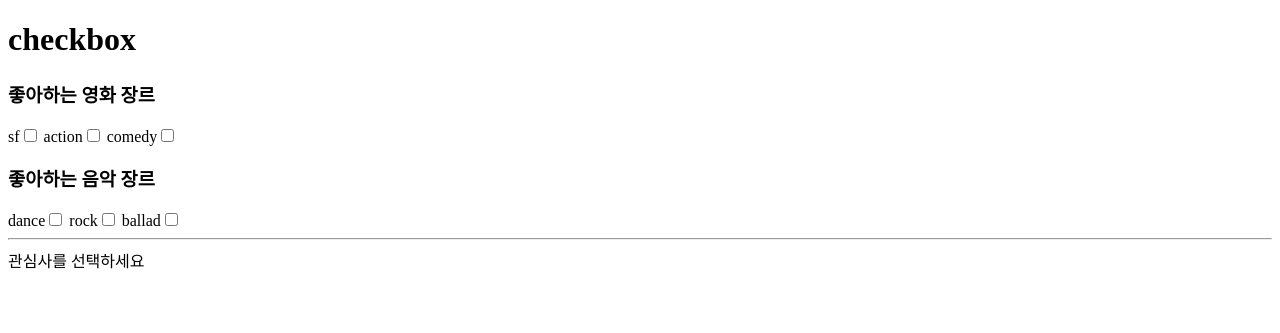
Repository: JJinBBangg/JSP
Page: http://localhost/jsp/ch03/lecture/06form/08checkbox.jsp
The author's editor kept a copy of each file at every save. The page is drawn from the files as they stood at one save, then again after the next save.
The browser window is 1280 px wide. The pictures show the whole page.
The page is served by Tomcat 9. Other server files are loaded and not shown.

Above is the page before, as saved 2023-03-28 06:46:13.

### jsp/src/main/webapp/ch03/lecture/06form/08checkbox.jsp
<%@page import="java.util.Arrays"%>
<%@ page language="java" contentType="text/html; charset=UTF-8"
    pageEncoding="UTF-8"%>
<!DOCTYPE html>
<html>
<head>
<meta charset="UTF-8">
<title>Insert title here</title>
</head>
<body>
	<h1>checkbox</h1>
	<form action="">
	<h3>좋아하는 영화 장르</h3>
	sf<input type="checkbox" name="movie" value="sf"/>
	action<input type="checkbox" name="movie" value="action"/>
	comedy<input type="checkbox" name="movie" value="comedy"/>
	<h3>좋아하는 음악 장르</h3>
	dance<input type="checkbox" name="song" value="dance"/>
	rock<input type="checkbox" name="song" value="rock"/>
	ballad<input type="checkbox" name="song" value="ballad"/>
	</form>
	<hr>
	<%
	String[] movieArr = request.getParameterValues("movie");
	String[] songArr = request.getParameterValues("song");
	if(movieArr == null && songArr == null ){
		out.print("관심사를 선택하세요 \n");
	} else {
		if(movieArr == null) {out.print("좋아하는 영화장르가 없습니다.");} else out.print(Arrays.toString(movieArr));
		if(songArr == null) {out.print("좋아하는 음악장르가 없습니다.");}else out.print(Arrays.toString(songArr));
	}
	%>
</body>
</html>

After the next save:
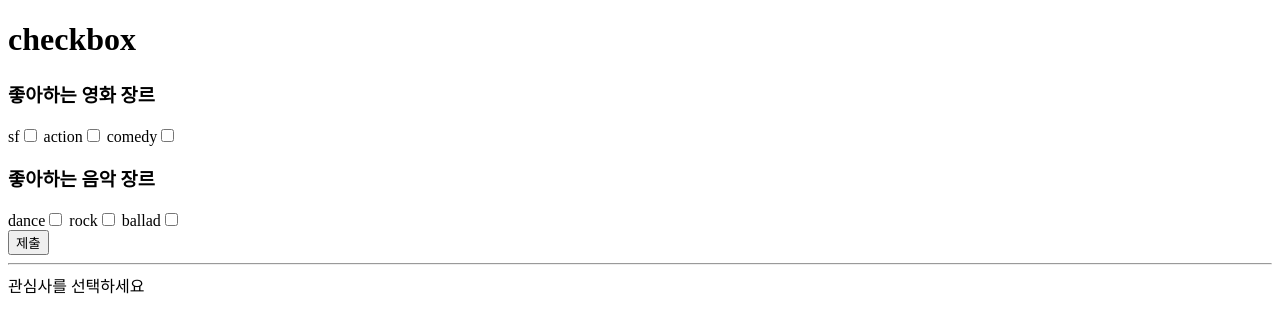
Saved 52 s later.
--- a/jsp/src/main/webapp/ch03/lecture/06form/08checkbox.jsp
+++ b/jsp/src/main/webapp/ch03/lecture/06form/08checkbox.jsp
@@ -17,7 +17,8 @@
 	<h3>좋아하는 음악 장르</h3>
 	dance<input type="checkbox" name="song" value="dance"/>
 	rock<input type="checkbox" name="song" value="rock"/>
-	ballad<input type="checkbox" name="song" value="ballad"/>
+	ballad<input type="checkbox" name="song" value="ballad"/><br>
+	<input type="submit" value="제출"/>
 	</form>
 	<hr>
 	<%
